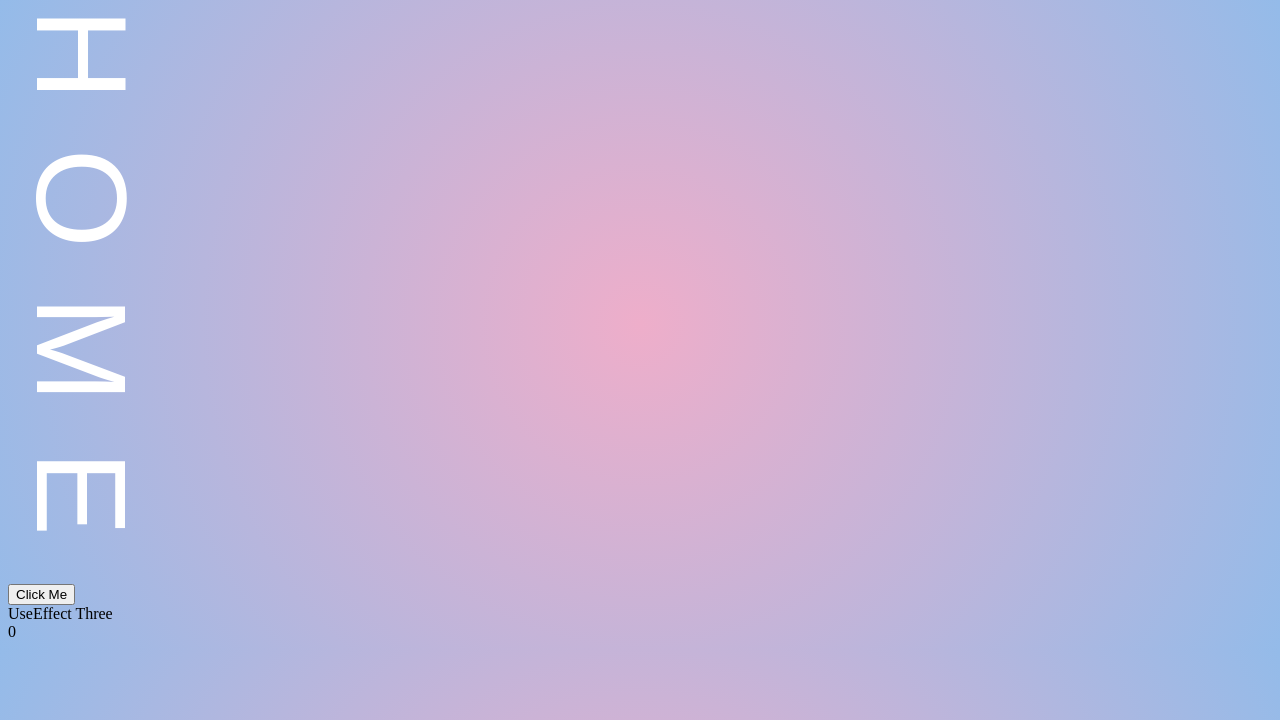
Repository: juliet-jskim/week-8-useEffect-carousel
Page: /useEffectThree
An editor plug-in stored every save of this project. The page is shown before and after the next save, followed by the edit.
The browser window is 1280 px wide. The pictures show the whole page.
The project was rebuilt for these pictures with package versions that can differ from the ones it lists, and the page was loaded fresh each time. The framework's server and built-in components were replaced by stand-ins that run in the browser. Also part of the build but not shown: next.config.js.

Above is the page before, as saved 2023-02-20 23:07:22.

After the next save:
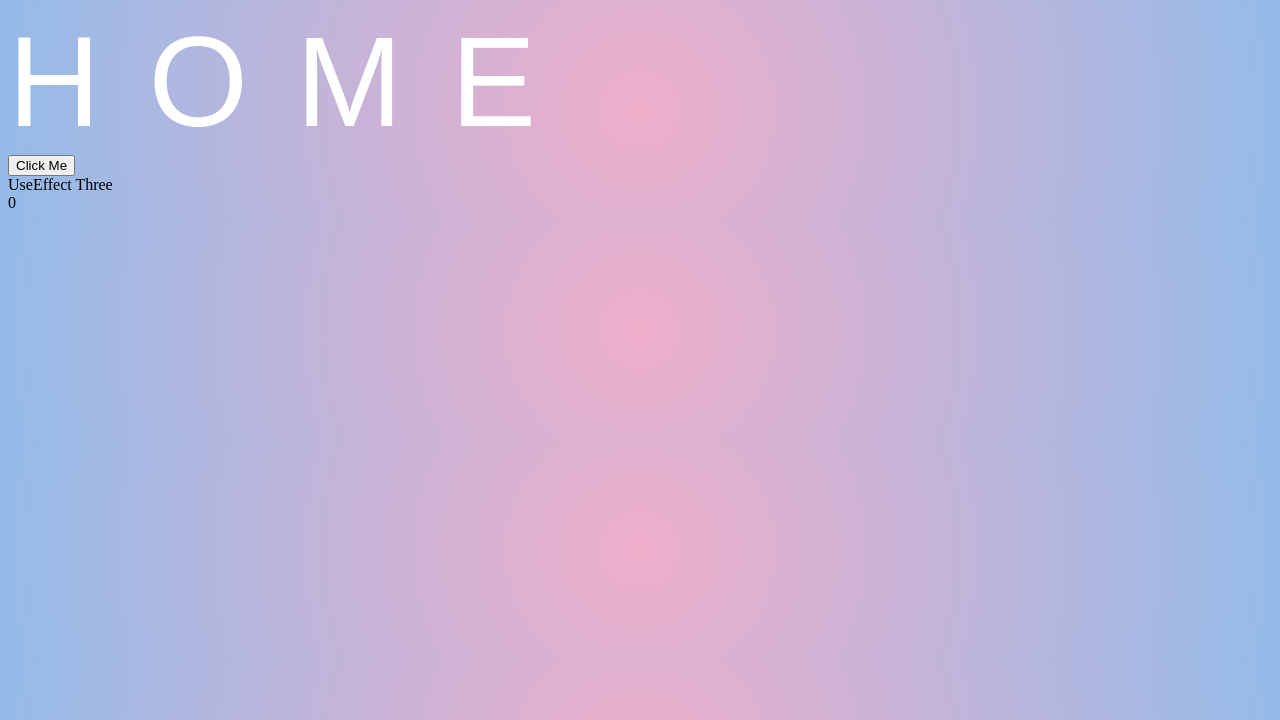
Saved 12 s later.
--- a/styles/UseEffectThree.module.css
+++ b/styles/UseEffectThree.module.css
@@ -2,6 +2,6 @@
     font-size: 8rem;
     text-transform: uppercase;
     font-family: Arial, Helvetica, sans-serif;
-    writing-mode: vertical-rl;
+    writing-mode: horizontal-tb;
     letter-spacing: 3rem;
 }
